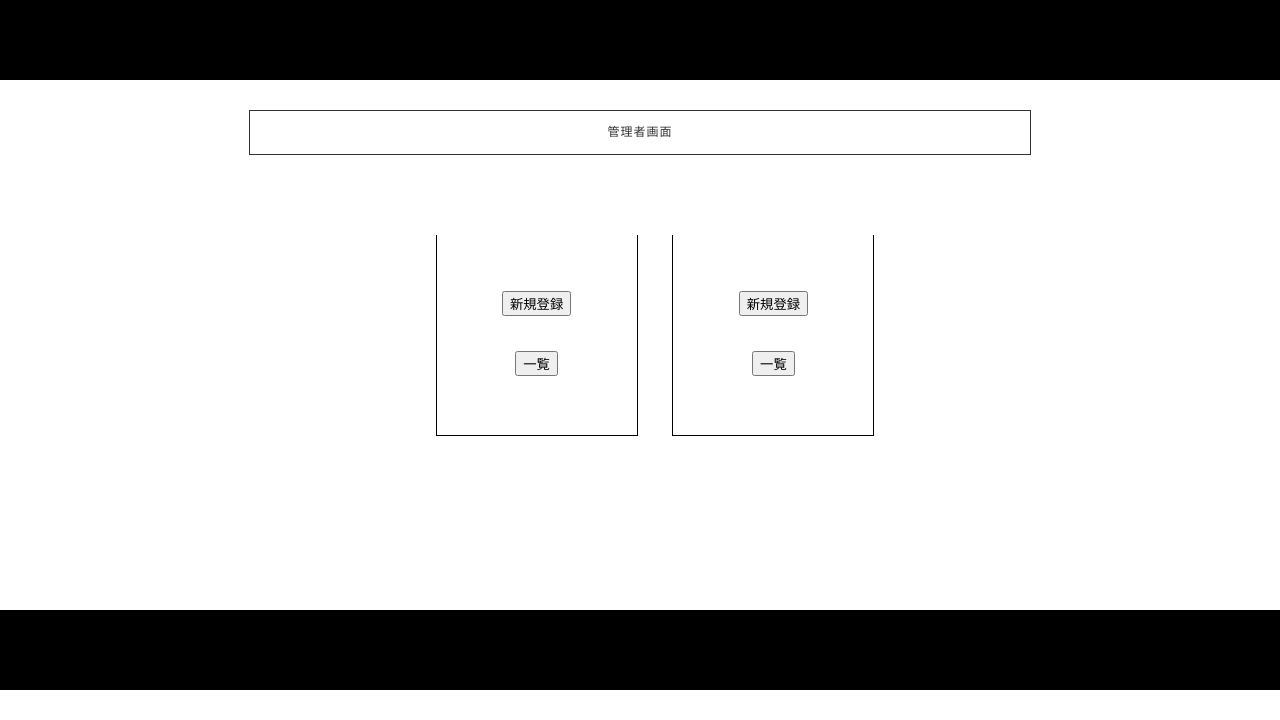
Repository: hiraide8/test
Page: http://localhost/ecsite/admin.jsp
The author's editor kept a copy of each file at every save. The page is drawn from the files as they stood at one save, then again after the next save.
The browser window is 1280 px wide. The pictures show the whole page.
The page is served by Tomcat 9.

Above is the page before, as saved 2019-01-23 11:24:46.

After the next save:
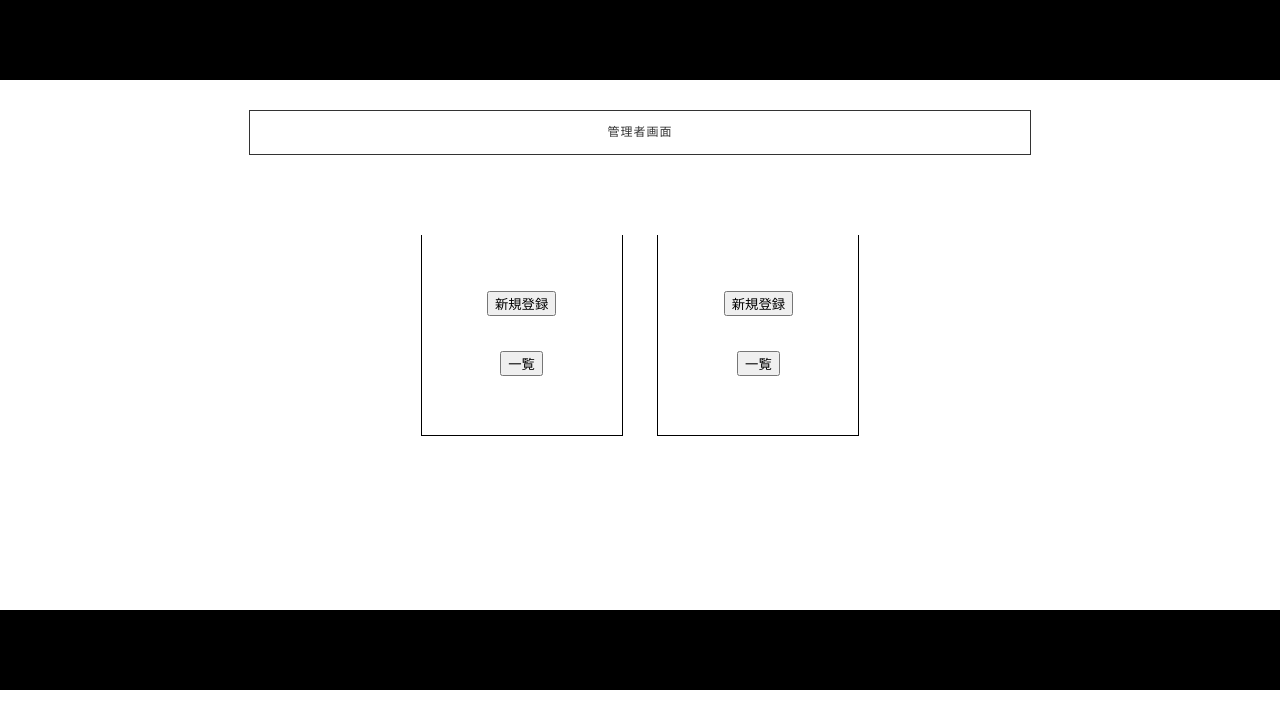
Saved 60 s later.
--- a/ecsite/WebContent/admin.jsp
+++ b/ecsite/WebContent/admin.jsp
@@ -53,7 +53,8 @@
        /* ========CLASS LAYOUT======== */
                 .aaa{
                   margin:0 auto;
-                  margin-left:30px;
+                  margin-left:15px;
+                  margin-right:15px;
                   display:inline-block;
                   margin-top:50px;
                   width:200px;
